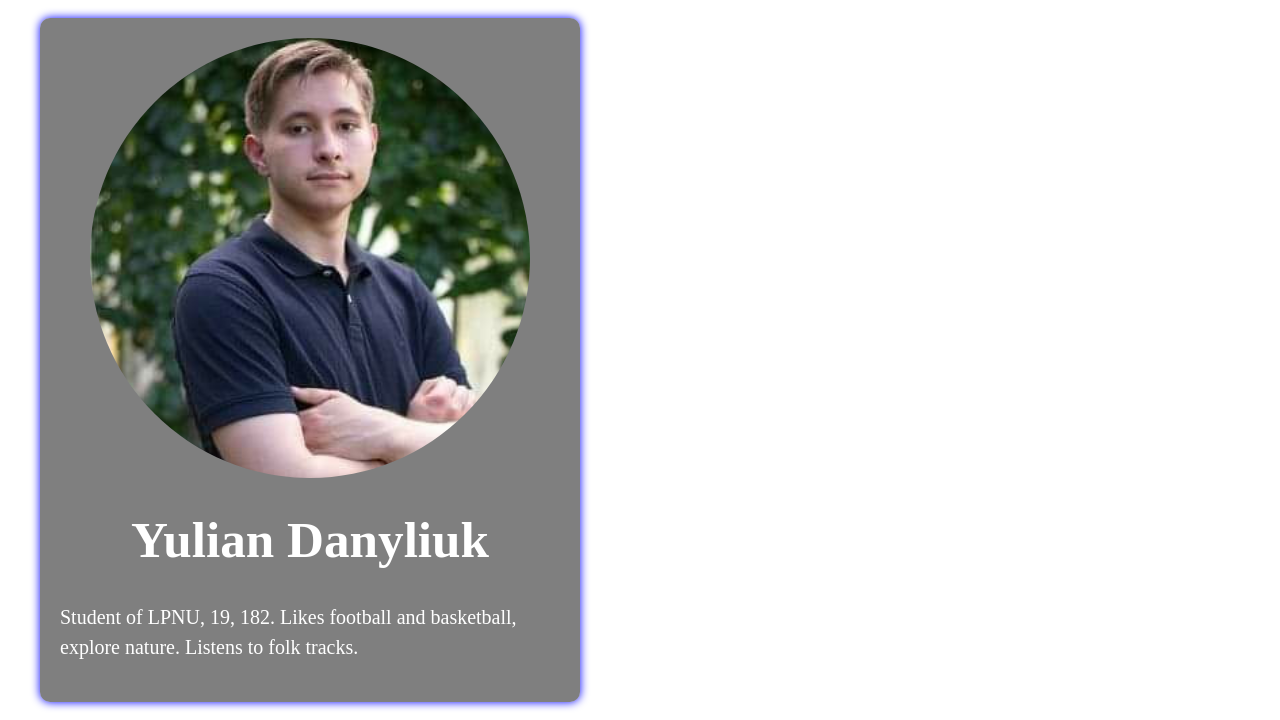
Repository: Romenjo/sombra-app
Page: /
These files come from the project's save history. The page is drawn as it stood at one moment and after the next save; the edit follows.
The browser window is 1280 px wide. The pictures show the whole page.
The project was rebuilt for these pictures with package versions that can differ from the ones it lists, and the page was loaded fresh each time. Also part of the build but not shown: vite.config.ts, src/App.css.

Above is the page before, as saved 2023-12-07 12:24:06.

After the next save:
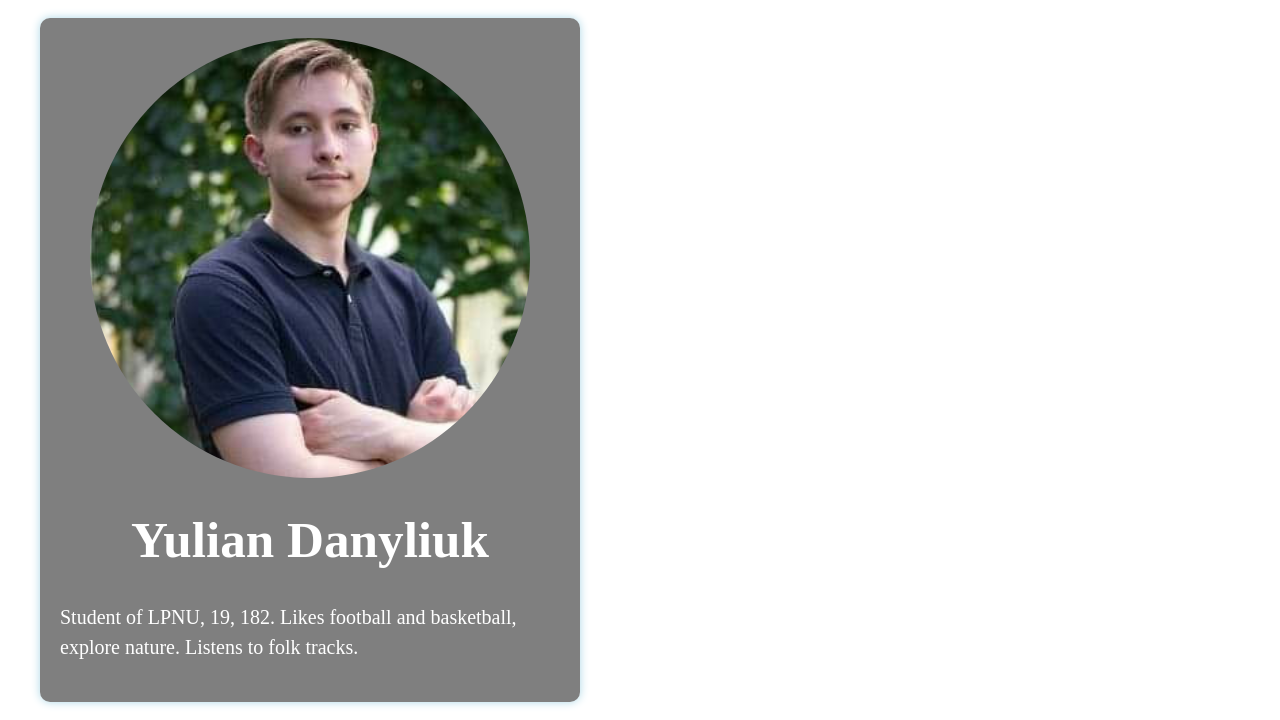
Saved 10 s later.
--- a/src/App.tsx
+++ b/src/App.tsx
@@ -15,7 +15,7 @@ function App() {
           name="Yulian Danyliuk"
           description="Student of LPNU, 19, 182. Likes football and basketball, explore nature.
           Listens to folk tracks."
-          glowColor="blue"
+          glowColor="lightblue"
         />
       </HorizontalStack>
     </>
